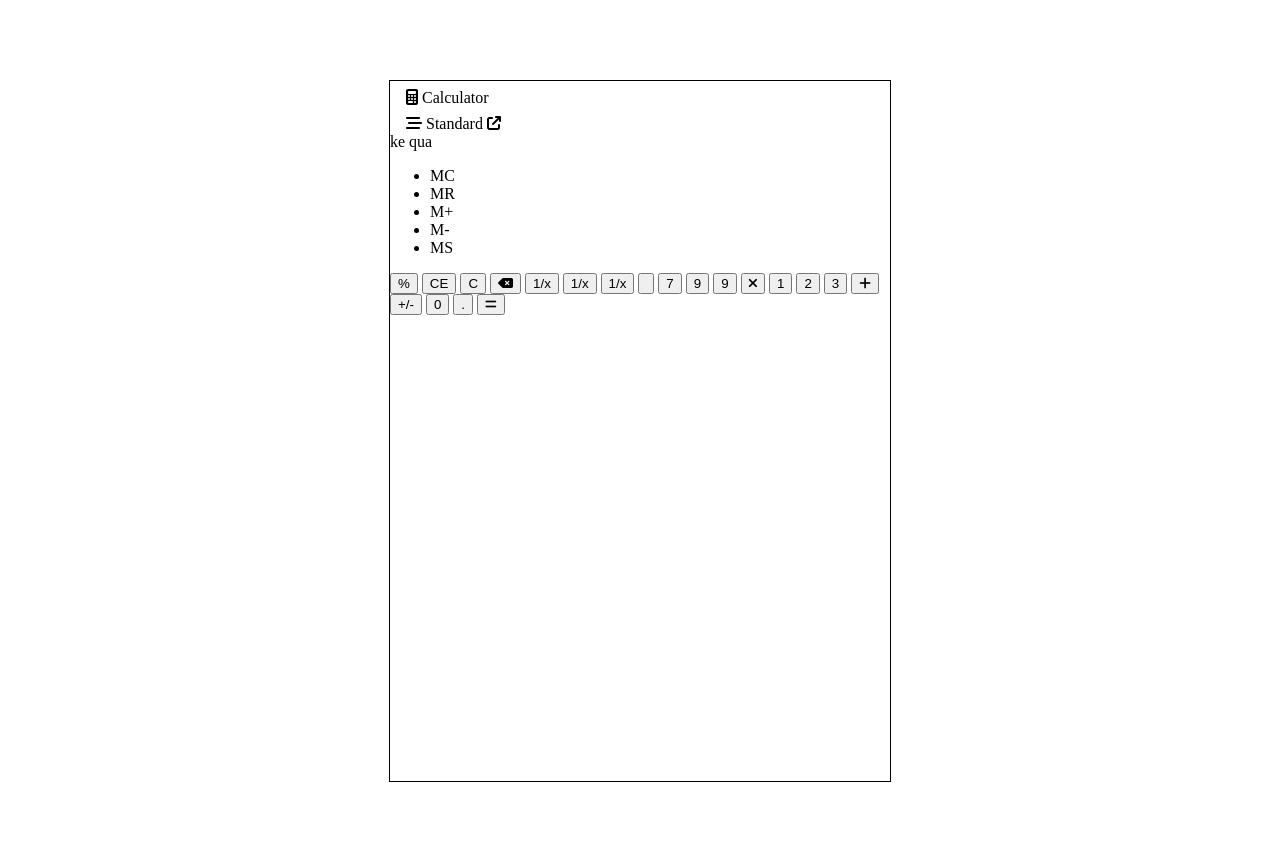
Repository: tungts3qb/Javascript
Page: Calculator/Calculator.html
These files come from the project's save history. The page is drawn as it stood at one moment and after the next save; the edit follows.
The browser window is 1280 px wide. The pictures show the whole page.

Above is the page before, as saved 2022-12-26 10:38:06.

After the next save:
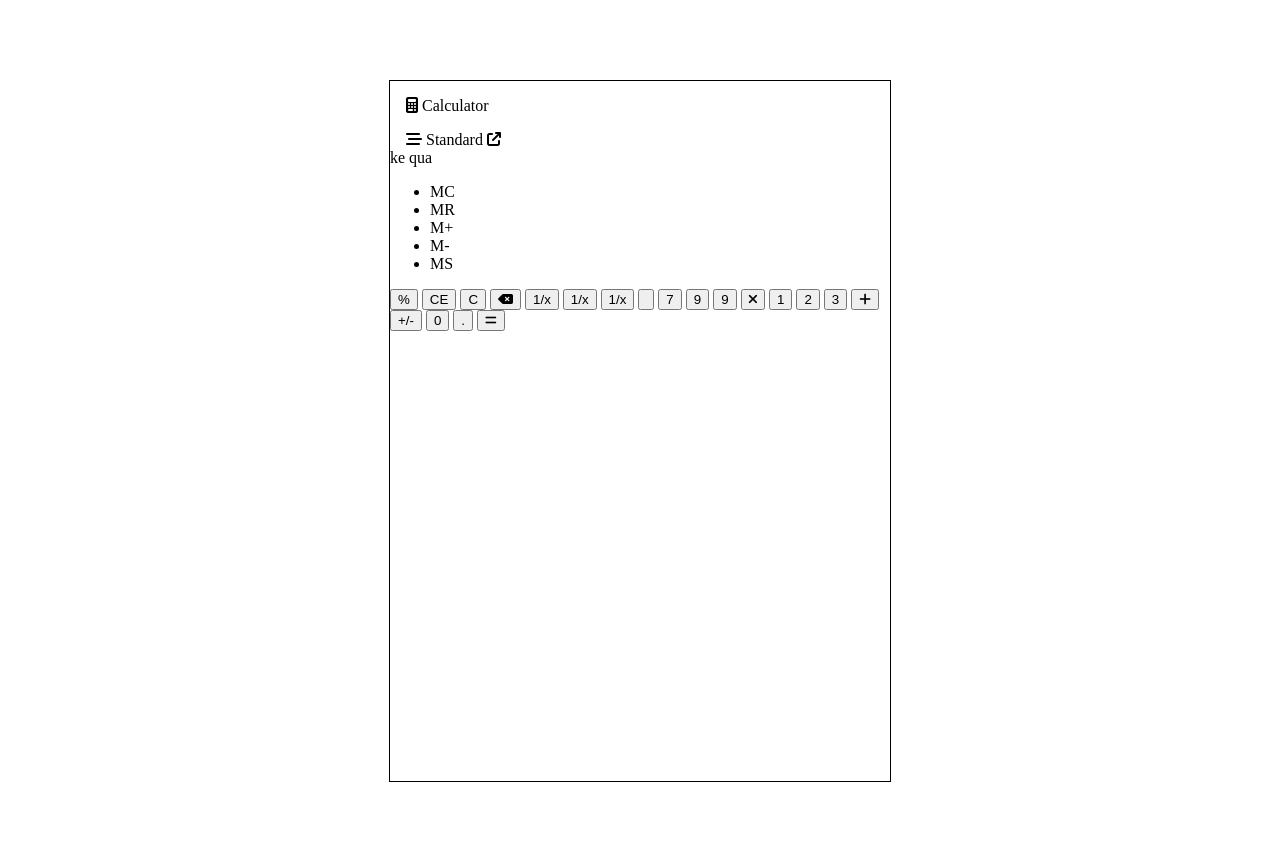
Saved 17 s later.
--- a/Calculator/style.css
+++ b/Calculator/style.css
@@ -6,11 +6,11 @@
 }
 
 .calculator-header {
-  margin-top: 0.5rem;
+  margin-top: 1rem;
   padding-left: 1rem;
 }
 
 .calculator-nav {
   padding-left: 1rem;
-  margin-top: 0.5rem;
+  margin-top: 1rem;
 }
